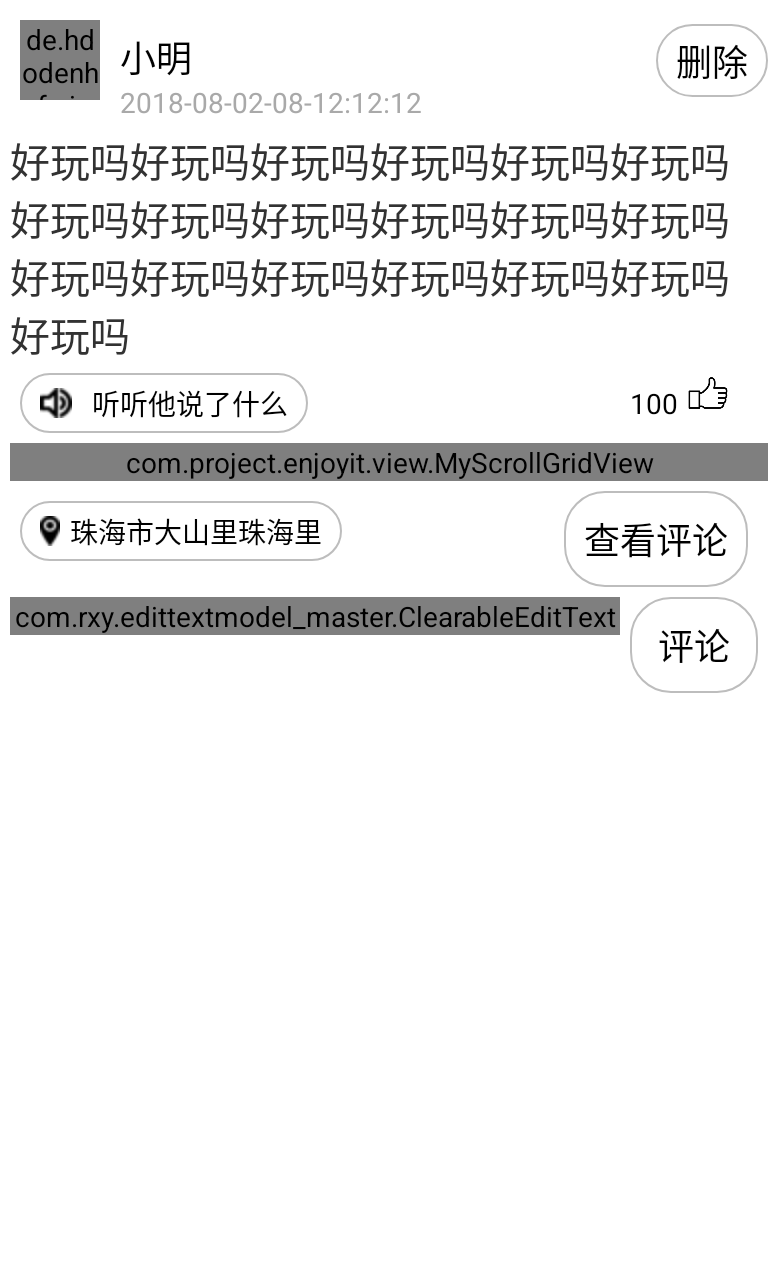
Repository: fatio/Nower
Layout: Android_Client_Source/EnjoyIt/res/layout/shows_list_item.xml
The author's editor kept a copy of each file at every save. The layout is drawn from the files as they stood at one save, then again after the next save.
Pictures or frames that could not be fetched are drawn as grey boxes. It is drawn on a 768 x 1280 px phone screen (xhdpi) without system bars, with theme AppTheme; the app's code is not run.

Above is the layout before, as saved 2015-12-27 09:18:58.

### Android_Client_Source/EnjoyIt/res/layout/shows_list_item.xml
<?xml version="1.0" encoding="utf-8"?>
<LinearLayout xmlns:android="http://schemas.android.com/apk/res/android"
    xmlns:tools="http://schemas.android.com/tools"
    xmlns:app="http://schemas.android.com/apk/res-auto"
    android:layout_width="match_parent"
    android:layout_height="match_parent"
    android:orientation="vertical" >

    <LinearLayout
        android:layout_width="match_parent"
        android:layout_height="wrap_content"
        android:orientation="horizontal" >

        <de.hdodenhof.circleimageview.CircleImageView
            android:id="@+id/civ_head_pic"
            android:layout_width="40dp"
            android:layout_height="40dp"
            android:layout_marginLeft="10dp"
            android:layout_marginTop="10dp"
            android:src="@drawable/head_cat"
            app:border_color="#FFEEEEEE"
            app:border_width="2dp" />

        <LinearLayout
            android:layout_width="wrap_content"
            android:layout_height="wrap_content"
            android:layout_marginLeft="10dp"
            android:layout_marginTop="15dp"
            android:layout_weight="1"
            android:orientation="vertical" >

            <TextView
                android:id="@+id/tv_username"
                android:layout_width="wrap_content"
                android:layout_height="wrap_content"
                android:text="小明"
                android:textColor="@drawable/white_show"
                android:textSize="18sp" />

            <TextView
                android:id="@+id/tv_time"
                android:layout_width="wrap_content"
                android:layout_height="wrap_content"
                android:text="2018-08-02-08-12:12:12"
                android:textColor="#a9a9a9" />
        </LinearLayout>

        <TextView
            android:id="@+id/tv_delete"
            android:layout_width="wrap_content"
            android:layout_height="wrap_content"
            android:layout_gravity="center_vertical"
            android:background="@drawable/imageview_btn_item_selector"
            android:paddingBottom="5dp"
            android:paddingLeft="10dp"
            android:paddingRight="10dp"
            android:paddingTop="5dp"
            android:text="删除"
            android:textColor="@drawable/white_show"
            android:textSize="18sp" />
    </LinearLayout>

    <LinearLayout
        android:layout_width="match_parent"
        android:layout_height="wrap_content"
        android:layout_marginLeft="5dp"
        android:layout_marginRight="5dp"
        android:layout_marginTop="5dp"
        android:orientation="vertical" >

        <TextView
            android:id="@+id/tv_content"
            android:layout_width="match_parent"
            android:layout_height="wrap_content"
            android:autoLink="all"
            android:gravity="center|left"
            android:text="好玩吗好玩吗好玩吗好玩吗好玩吗好玩吗好玩吗好玩吗好玩吗好玩吗好玩吗好玩吗好玩吗好玩吗好玩吗好玩吗好玩吗好玩吗好玩吗"
            android:textSize="20sp" />
    </LinearLayout>

    <RelativeLayout
        android:layout_width="match_parent"
        android:layout_height="wrap_content"
        android:layout_marginTop="5dp"
        android:orientation="horizontal" >

        <TextView
            android:id="@+id/tv_sound"
            android:layout_width="wrap_content"
            android:layout_height="wrap_content"
            android:layout_alignParentLeft="true"
            android:layout_marginLeft="10dp"
            android:background="@drawable/imageview_btn_item_selector"
            android:clickable="true"
            android:drawableLeft="@drawable/ic_sound_pause"
            android:drawablePadding="10dp"
            android:ellipsize="marquee"
            android:focusable="true"
            android:paddingBottom="5dp"
            android:paddingLeft="10dp"
            android:paddingRight="10dp"
            android:paddingTop="5dp"
            android:singleLine="true"
            android:text="听听他说了什么"
            android:textColor="@drawable/white_show"
            android:textIsSelectable="true" />

        <ImageView
            android:id="@+id/iv_like"
            android:layout_width="20dp"
            android:layout_height="20dp"
            android:layout_alignParentRight="true"
            android:layout_marginLeft="5dp"
            android:layout_marginRight="20dp"
            android:src="@drawable/ic_like" />

        <TextView
            android:id="@+id/tv_likes_num"
            android:layout_width="wrap_content"
            android:layout_height="wrap_content"
            android:layout_centerVertical="true"
            android:layout_toLeftOf="@id/iv_like"
            android:gravity="center"
            android:text="100"
            android:textColor="@drawable/white_show" />
    </RelativeLayout>

    <com.project.enjoyit.view.MyScrollGridView
        android:id="@+id/gv_images"
        android:layout_width="fill_parent"
        android:layout_height="wrap_content"
        android:layout_marginLeft="5dp"
        android:layout_marginTop="5dp"
        android:horizontalSpacing="3dp"
        android:numColumns="4"
        android:scrollbars="none"
        android:verticalSpacing="5dp" />

    <RelativeLayout
        android:layout_width="match_parent"
        android:layout_height="wrap_content"
        android:layout_marginTop="5dp" >

        <TextView
            android:id="@+id/tv_address"
            android:layout_width="wrap_content"
            android:layout_height="wrap_content"
            android:layout_alignParentLeft="true"
            android:layout_gravity="center_vertical"
            android:layout_marginLeft="10dp"
            android:layout_marginTop="5dp"
            android:background="@drawable/imageview_btn_item_selector"
            android:clickable="true"
            android:drawableLeft="@drawable/ic_address"
            android:drawablePadding="5dp"
            android:ellipsize="marquee"
            android:focusable="true"
            android:paddingBottom="5dp"
            android:paddingLeft="10dp"
            android:paddingRight="10dp"
            android:paddingTop="5dp"
            android:singleLine="true"
            android:text="珠海市大山里珠海里"
            android:textColor="@drawable/white_show"

            android:textIsSelectable="true" />
<!-- android:textColor="#a9a9a9" -->
        <Button
            android:id="@+id/bt_show_comments"
            android:layout_width="wrap_content"
            android:layout_height="wrap_content"
            android:layout_alignParentRight="true"
            android:layout_marginRight="10dp"
            android:background="@drawable/imageview_btn_item_selector"
            android:paddingLeft="10dp"
            android:paddingRight="10dp"
            android:text="查看评论"
            android:textColor="@drawable/white_show" />
    </RelativeLayout>

    <LinearLayout
        android:id="@+id/ll_comments_container"
        android:layout_width="match_parent"
        android:layout_height="wrap_content"
        android:orientation="vertical"
        android:visibility="gone" >

        <com.project.enjoyit.view.MyScrollListView
            android:id="@+id/lv_comments"
            android:layout_width="match_parent"
            android:layout_height="wrap_content"
            android:visibility="gone" />

        <Button
            android:id="@+id/bt_hide_comments"
            android:layout_width="wrap_content"
            android:layout_height="wrap_content"
            android:layout_gravity="right"
            android:layout_marginRight="10dp"
            android:background="@drawable/imageview_btn_item_selector"
            android:paddingLeft="10dp"
            android:paddingRight="10dp"
            android:text="隐藏评论"
            android:textColor="@drawable/white_show" />
    </LinearLayout>

    <LinearLayout
        android:layout_width="match_parent"
        android:layout_height="wrap_content"
        android:layout_marginLeft="5dp"
        android:layout_marginRight="5dp"
        android:layout_marginTop="5dp"
        android:orientation="horizontal" >

        <com.rxy.edittextmodel_master.ClearableEditText
            android:id="@+id/cet_comment_text"
            android:layout_width="0dp"
            android:layout_height="wrap_content"
            android:layout_weight="1"
            android:hint="我也说一句" />

        <Button
            android:id="@+id/bt_comment"
            android:layout_width="wrap_content"
            android:layout_height="wrap_content"
            android:layout_marginLeft="5dp"
            android:background="@drawable/imageview_btn_item_selector"
            android:paddingLeft="10dp"
            android:paddingRight="10dp"
            android:text="评论"
            android:textColor="@drawable/white_show" />
    </LinearLayout>

</LinearLayout>

### Android_Client_Source/EnjoyIt/res/values/styles.xml
<resources>
    <style name="like_toast_dialog_style">
        <item name="android:windowFrame">@null</item>
        <item name="android:windowIsFloating">true</item>
        <item name="android:windowIsTranslucent">true</item>
        <item name="android:windowNoTitle">true</item>
        <item name="android:backgroundDimEnabled">false</item>
        <item name="android:windowContentOverlay">@null</item>
        <item name="android:windowBackground">@drawable/round_background</item>
    </style>
    <style name="AnimBottom" parent="@android:style/Animation">
        <item name="android:windowEnterAnimation">@anim/push_bottom_in</item>
        <item name="android:windowExitAnimation">@anim/push_bottom_out</item>
    </style>

    <style name="PopupAnimation3" parent="android:Animation">
        <item name="android:windowEnterAnimation">@anim/push_bottom_in</item>
        <item name="android:windowExitAnimation">@anim/push_bottom_out</item>
    </style>

    <style name="PopupAnimation" mce_bogus="1" parent="android:Animation">
        <item name="android:windowEnterAnimation">@anim/activity_translate_in</item>
        <item name="android:windowExitAnimation">@anim/activity_translate_out</item>
    </style>

    <style name="PopupAnimation1" mce_bogus="1" parent="android:Animation">
        <item name="android:windowEnterAnimation">@anim/popup_enter</item>
        <item name="android:windowExitAnimation">@anim/popup_exit</item>
    </style>
    <!--
        Base application theme, dependent on API level. This theme is replaced
        by AppBaseTheme from res/values-vXX/styles.xml on newer devices.

    -->
    <style name="AppBaseTheme" parent="android:Theme.Light">
        <!--
            Theme customizations available in newer API levels can go in
            res/values-vXX/styles.xml, while customizations related to
            backward-compatibility can go here.

        -->
    </style>

    <!-- Application theme. -->
    <style name="AppTheme" parent="AppBaseTheme">
        <!-- All customizations that are NOT specific to a particular API-level can go here. -->
    </style>

</resources>

### Android_Client_Source/EnjoyIt/res/drawable/white_show.xml
<?xml version="1.0" encoding="utf-8"?>
<selector xmlns:android="http://schemas.android.com/apk/res/android">

    <item android:state_pressed="true" android:color="#ffffff"/>
    <item android:state_focused="true" android:color="#ffffff"/>
    <item android:color="#000000"/>

</selector>

### Android_Client_Source/EnjoyIt/res/drawable/imageview_btn_item_selector.xml
<?xml version="1.0" encoding="utf-8"?>
<selector xmlns:android="http://schemas.android.com/apk/res/android">

    <item android:drawable="@color/black2" android:state_pressed="true"><shape xmlns:android="http://schemas.android.com/apk/res/android">
            <solid android:color="#80858175" />

            <stroke android:width="2dip" android:color="#f5f5f5" />

            <corners android:radius="20dp" />
        </shape></item>
    <item android:state_pressed="false"><shape android:shape="rectangle">
            <solid android:color="#80858175" />

            <gradient android:angle="90" android:endColor="@color/white" android:startColor="@color/white" />

            <stroke android:width="1dip" android:color="#bdbdbd" />

            <corners android:radius="20dp" />
        </shape></item>

</selector><!--
solid设置填充颜色，颜色值以#80开头表示透明
stroke 设置边框宽度，颜色值
corners设置圆角
-->

### Android_Client_Source/EnjoyIt/res/values/colors.xml
<?xml version="1.0" encoding="utf-8" ?>
 <resources>
         <color name="bg_black">#000000</color>
    <color name="bg_white">#FFFFFF</color>
    <color name="bg_topbar">#FCFCFC</color>
    <color name="bg_gray">#00F1F1F1</color>
    <color name="bar_color">#232325</color>

    <color name="black2">#ffeeeeee</color>
    <color name="text_gray">#8D7A71</color>
    <color name="text_white">#FFFFFF</color>
    <color name="text_yellow">#FFC800</color>
    <color name="text_topbar">#694E42</color>
    <color name="div_white">#E5E5E5</color>
    <color name="puple">#d500f9</color>



 <color name="white">#ffffff</color><!--白色 -->
 <color name="ivory">#fffff0</color><!--象牙色 -->
 <color name="lightyellow">#ffffe0</color><!--亮黄色 -->
 <color name="yellow">#ffff00</color><!--黄色 -->
 <color name="snow">#fffafa</color><!--雪白色 -->
 <color name="floralwhite">#fffaf0</color><!--花白色 -->
 <color name="lemonchiffon">#fffacd</color><!--柠檬绸色 -->
 <color name="cornsilk">#fff8dc</color><!--米绸色 -->
 <color name="seaShell">#fff5ee</color><!--海贝色 -->
 <color name="lavenderblush">#fff0f5</color><!--淡紫红 -->
 <color name="papayawhip">#ffefd5</color><!--番木色 -->
 <color name="blanchedalmond">#ffebcd</color><!--白杏色 -->
 <color name="mistyrose">#ffe4e1</color><!--浅玫瑰色 -->
 <color name="bisque">#ffe4c4</color><!--桔黄色 -->
 <color name="moccasin">#ffe4b5</color><!--鹿皮色 -->
 <color name="navajowhite">#ffdead</color><!--纳瓦白 -->
 <color name="peachpuff">#ffdab9</color><!--桃色 -->
 <color name="gold">#ffd700</color><!--金色 -->
 <color name="pink">#ffc0cb</color><!--粉红色 -->
 <color name="lightpink">#ffb6c1</color><!--亮粉红色 -->
 <color name="orange">#ffa500</color><!--橙色 -->
 <color name="lightsalmon">#ffa07a</color><!--亮肉色 -->
 <color name="darkorange">#ff8c00</color><!--暗桔黄色 -->
 <color name="coral">#ff7f50</color><!--珊瑚色 -->
 <color name="hotpink">#ff69b4</color><!--热粉红色 -->
 <color name="tomato">#ff6347</color><!--西红柿色 -->
 <color name="orangered">#ff4500</color><!--红橙色 -->
 <color name="deeppink">#ff1493</color><!--深粉红色 -->
 <color name="fuchsia">#ff00ff</color><!--紫红色 -->
 <color name="magenta">#ff00ff</color><!--红紫色 -->
 <color name="red">#ff0000</color><!--红色 -->
 <color name="oldlace">#fdf5e6</color><!--老花色 -->
 <color name="lightgoldenrodyellow">#fafad2</color><!--亮金黄色 -->
 <color name="linen">#faf0e6</color><!--亚麻色 -->
 <color name="antiquewhite">#faebd7</color><!--古董白 -->
 <color name="salmon">#fa8072</color><!--鲜肉色 -->
 <color name="ghostwhite">#f8f8ff</color><!--幽灵白 -->
 <color name="mintcream">#f5fffa</color><!--薄荷色 -->
 <color name="whitesmoke">#f5f5f5</color><!--烟白色 -->
 <color name="beige">#f5f5dc</color><!--米色 -->
 <color name="wheat">#f5deb3</color><!--浅黄色 -->
 <color name="sandybrown">#f4a460</color><!--沙褐色 -->
 <color name="azure">#f0ffff</color><!--天蓝色 -->
 <color name="honeydew">#f0fff0</color><!--蜜色 -->
 <color name="aliceblue">#f0f8ff</color><!--艾利斯兰 -->
 <color name="khaki">#f0e68c</color><!--黄褐色 -->
 <color name="lightcoral">#f08080</color><!--亮珊瑚色 -->
 <color name="palegoldenrod">#eee8aa</color><!--苍麒麟色 -->
 <color name="violet">#ee82ee</color><!--紫罗兰色 -->
 <color name="darksalmon">#e9967a</color><!--暗肉色 -->
 <color name="lavender">#e6e6fa</color><!--淡紫色 -->
 <color name="lightcyan">#e0ffff</color><!--亮青色 -->
 <color name="burlywood">#deb887</color><!--实木色 -->
 <color name="plum">#dda0dd</color><!--洋李色 -->
 <color name="gainsboro">#dcdcdc</color><!--淡灰色 -->
 <color name="crimson">#dc143c</color><!--暗深红色 -->
 <color name="palevioletred">#db7093</color><!--苍紫罗兰色 -->
 <color name="goldenrod">#daa520</color><!--金麒麟色 -->
 <color name="orchid">#da70d6</color><!--淡紫色 -->
 <color name="thistle">#d8bfd8</color><!--蓟色 -->
 <color name="lightgray">#d3d3d3</color><!--亮灰色 -->
 <color name="lightgrey">#d3d3d3</color><!--亮灰色 -->
 <color name="tan">#d2b48c</color><!--茶色 -->
 <color name="chocolate">#d2691e</color><!--巧可力色 -->
 <color name="peru">#cd853f</color><!--秘鲁色 -->
 <color name="indianred">#cd5c5c</color><!--印第安红 -->
 <color name="mediumvioletred">#c71585</color><!--中紫罗兰色 -->
 <color name="silver">#c0c0c0</color><!--银色 -->
 <color name="darkkhaki">#bdb76b</color><!--暗黄褐色 -->
 <color name="rosybrown">#bc8f8f</color><!--褐玫瑰红 -->
 <color name="mediumorchid">#ba55d3</color><!--中粉紫色 -->
 <color name="darkgoldenrod">#b8860b</color><!--暗金黄色 -->
 <color name="firebrick">#b22222</color><!--火砖色 -->
 <color name="powderblue">#b0e0e6</color><!--粉蓝色 -->
 <color name="lightsteelblue">#b0c4de</color><!--亮钢兰色 -->
 <color name="paleturquoise">#afeeee</color><!--苍宝石绿 -->
 <color name="greenyellow">#adff2f</color><!--黄绿色 -->
 <color name="lightblue">#add8e6</color><!--亮蓝色 -->
 <color name="darkgray">#a9a9a9</color><!--暗灰色 -->
 <color name="darkgrey">#a9a9a9</color><!--暗灰色 -->
 <color name="brown">#a52a2a</color><!--褐色 -->
 <color name="sienna">#a0522d</color><!--赭色 -->
 <color name="darkorchid">#9932cc</color><!--暗紫色 -->
 <color name="palegreen">#98fb98</color><!--苍绿色 -->
 <color name="darkviolet">#9400d3</color><!--暗紫罗兰色 -->
 <color name="mediumpurple">#9370db</color><!--中紫色 -->
 <color name="lightgreen">#90ee90</color><!--亮绿色 -->
 <color name="darkseagreen">#8fbc8f</color><!--暗海兰色 -->
 <color name="saddlebrown">#8b4513</color><!--重褐色 -->
 <color name="darkmagenta">#8b008b</color><!--暗洋红 -->
 <color name="darkred">#8b0000</color><!--暗红色 -->
 <color name="blueviolet">#8a2be2</color><!--紫罗兰蓝色 -->
 <color name="lightskyblue">#87cefa</color><!--亮天蓝色 -->
 <color name="skyblue">#87ceeb</color><!--天蓝色 -->
 <color name="gray">#808080</color><!--灰色 -->
 <color name="grey">#808080</color><!--灰色 -->
 <color name="olive">#808000</color><!--橄榄色 -->
 <color name="purple">#800080</color><!--紫色 -->
 <color name="maroon">#800000</color><!--粟色 -->
 <color name="aquamarine">#7fffd4</color><!--碧绿色 -->
 <color name="chartreuse">#7fff00</color><!--黄绿色 -->
 <color name="lawngreen">#7cfc00</color><!--草绿色 -->
 <color name="mediumslateblue">#7b68ee</color><!--中暗蓝色 -->
 <color name="lightslategray">#778899</color><!--亮蓝灰 -->
 <color name="lightslategrey">#778899</color><!--亮蓝灰 -->
 <color name="slategray">#708090</color><!--灰石色 -->
 <color name="slategrey">#708090</color><!--灰石色 -->
 <color name="olivedrab">#6b8e23</color><!--深绿褐色 -->
 <color name="slateblue">#6a5acd</color><!--石蓝色 -->
 <color name="dimgray">#696969</color><!--暗灰色 -->
 <color name="dimgrey">#696969</color><!--暗灰色 -->
 <color name="mediumaquamarine">#66cdaa</color><!--中绿色 -->
 <color name="cornflowerblue">#6495ed</color><!--菊兰色 -->
 <color name="cadetblue">#5f9ea0</color><!--军兰色 -->
 <color name="darkolivegreen">#556b2f</color><!--暗橄榄绿 -->
 <color name="indigo">#4b0082</color><!--靛青色 -->
 <color name="mediumturquoise">#48d1cc</color><!--中绿宝石 -->
 <color name="darkslateblue">#483d8b</color><!--暗灰蓝色 -->
 <color name="steelblue">#4682b4</color><!--钢兰色 -->
 <color name="royalblue">#4169e1</color><!--皇家蓝 -->
 <color name="turquoise">#40e0d0</color><!--青绿色 -->
 <color name="mediumseagreen">#3cb371</color><!--中海蓝 -->
 <color name="limegreen">#32cd32</color><!--橙绿色 -->
 <color name="darkslategray">#2f4f4f</color><!--暗瓦灰色 -->
 <color name="darkslategrey">#2f4f4f</color><!--暗瓦灰色 -->
 <color name="seagreen">#2e8b57</color><!--海绿色 -->
 <color name="forestgreen">#228b22</color><!--森林绿 -->
 <color name="lightseagreen">#20b2aa</color><!--亮海蓝色 -->
 <color name="dodgerblue">#1e90ff</color><!--闪兰色 -->
 <color name="midnightblue">#191970</color><!--中灰兰色 -->
 <color name="aqua">#00ffff</color><!--浅绿色 -->
 <color name="cyan">#00ffff</color><!--青色 -->
 <color name="springgreen">#00ff7f</color><!--春绿色 -->
 <color name="lime">#00ff00</color><!--酸橙色 -->
 <color name="mediumspringgreen">#00fa9a</color><!--中春绿色 -->
 <color name="darkturquoise">#00ced1</color><!--暗宝石绿 -->
 <color name="deepskyblue">#00bfff</color><!--深天蓝色 -->
 <color name="darkcyan">#008b8b</color><!--暗青色 -->
 <color name="teal">#008080</color><!--水鸭色 -->
 <color name="green">#008000</color><!--绿色 -->
 <color name="darkgreen">#006400</color><!--暗绿色 -->
 <color name="blue">#0000ff</color><!--蓝色 -->
 <color name="mediumblue">#0000cd</color><!--中兰色 -->
 <color name="darkblue">#00008b</color><!--暗蓝色 -->
 <color name="navy">#000080</color><!--海军色 -->
 <color name="black">#000000</color><!--黑色 -->
 <color name="transparent">#0000</color><!-- 透明 -->
 <color name="transparent2">#8000</color><!-- 透明 -->
 <!-- 上传图片添加的颜色 -->
 <color name="none_color">#00000000</color>
 <color name="plugin_camera_black">#000000</color>
 <color name="albumback">#E1E0DE</color>


 <color name="style_red">#ff4c41</color>
 <color name="style_divider_color">#C9C7CD</color>
 </resources>

Loaded but not shown: Android_Client_Source/EnjoyIt/res/values-v11/styles.xml (common file); Android_Client_Source/EnjoyIt/res/values-v14/styles.xml (common file)

After the next save:
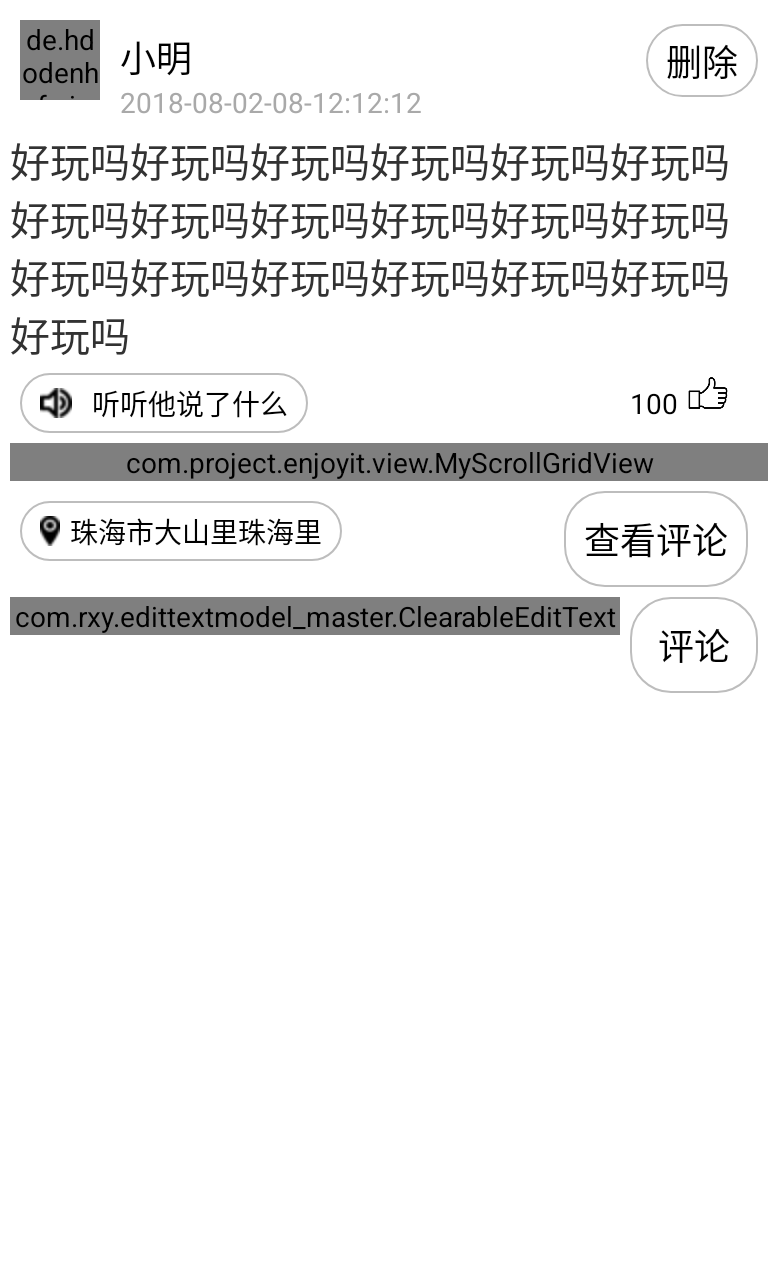
Saved 2 min 0 s later.
--- a/Android_Client_Source/EnjoyIt/res/layout/shows_list_item.xml
+++ b/Android_Client_Source/EnjoyIt/res/layout/shows_list_item.xml
@@ -55,6 +55,7 @@
             android:paddingLeft="10dp"
             android:paddingRight="10dp"
             android:paddingTop="5dp"
+            android:layout_marginRight="5dp"
             android:text="删除"
             android:textColor="@drawable/white_show"
             android:textSize="18sp" />
